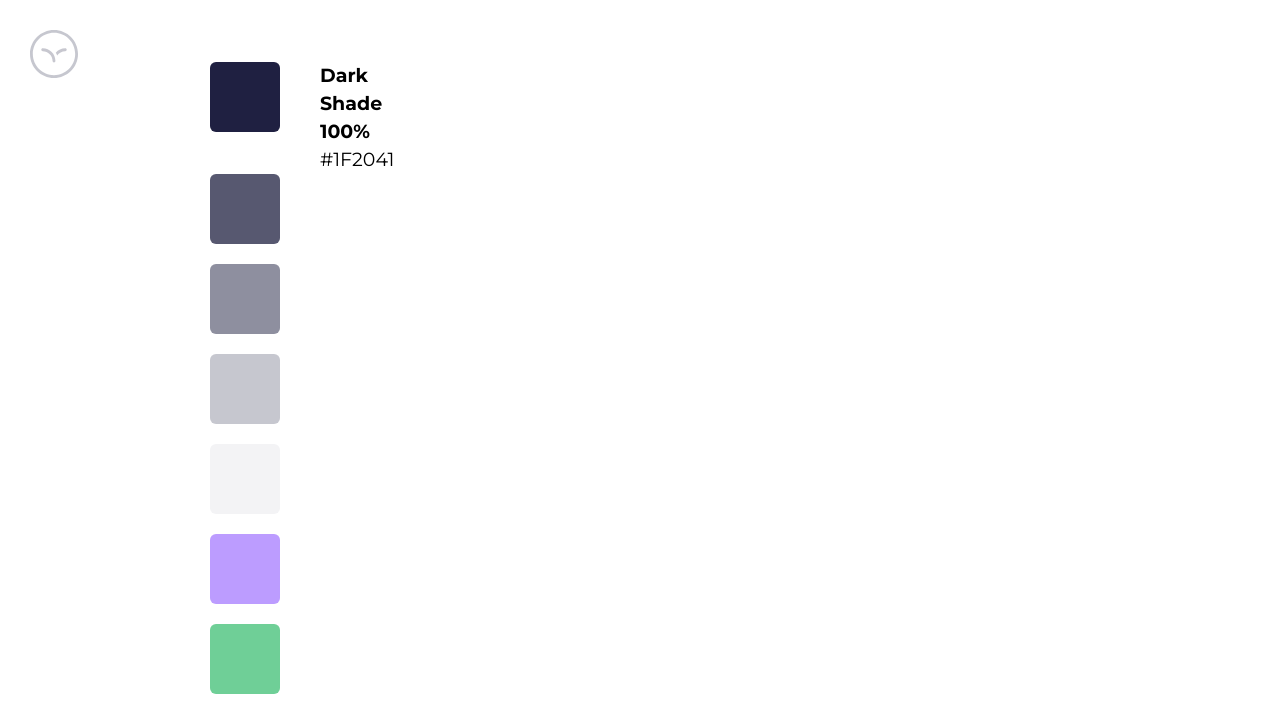
Repository: Inzhir2022/quatrain
Page: ui/index.html
An editor plug-in stored every save of this project. The page is shown before and after the next save, followed by the edit.
The browser window is 1280 px wide. The pictures show the whole page.

Above is the page before, as saved 2022-07-23 09:16:35.

After the next save:
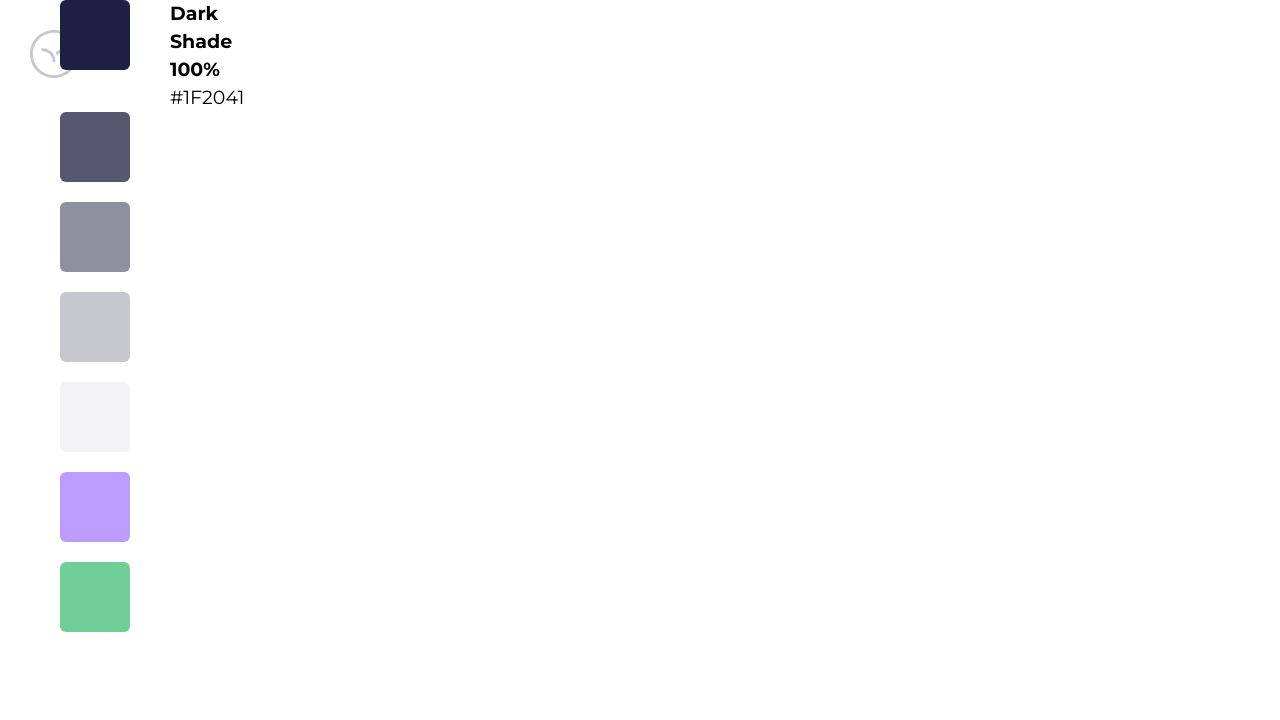
Saved 41 s later.
--- a/ui/style.css
+++ b/ui/style.css
@@ -33,9 +33,6 @@
   fill: rgba(31, 32, 65, .25);
 }
 
-.colors {
-  padding: 62px 0 0 150px;
-}
 
 .colors__wrapper {
   display: grid;
